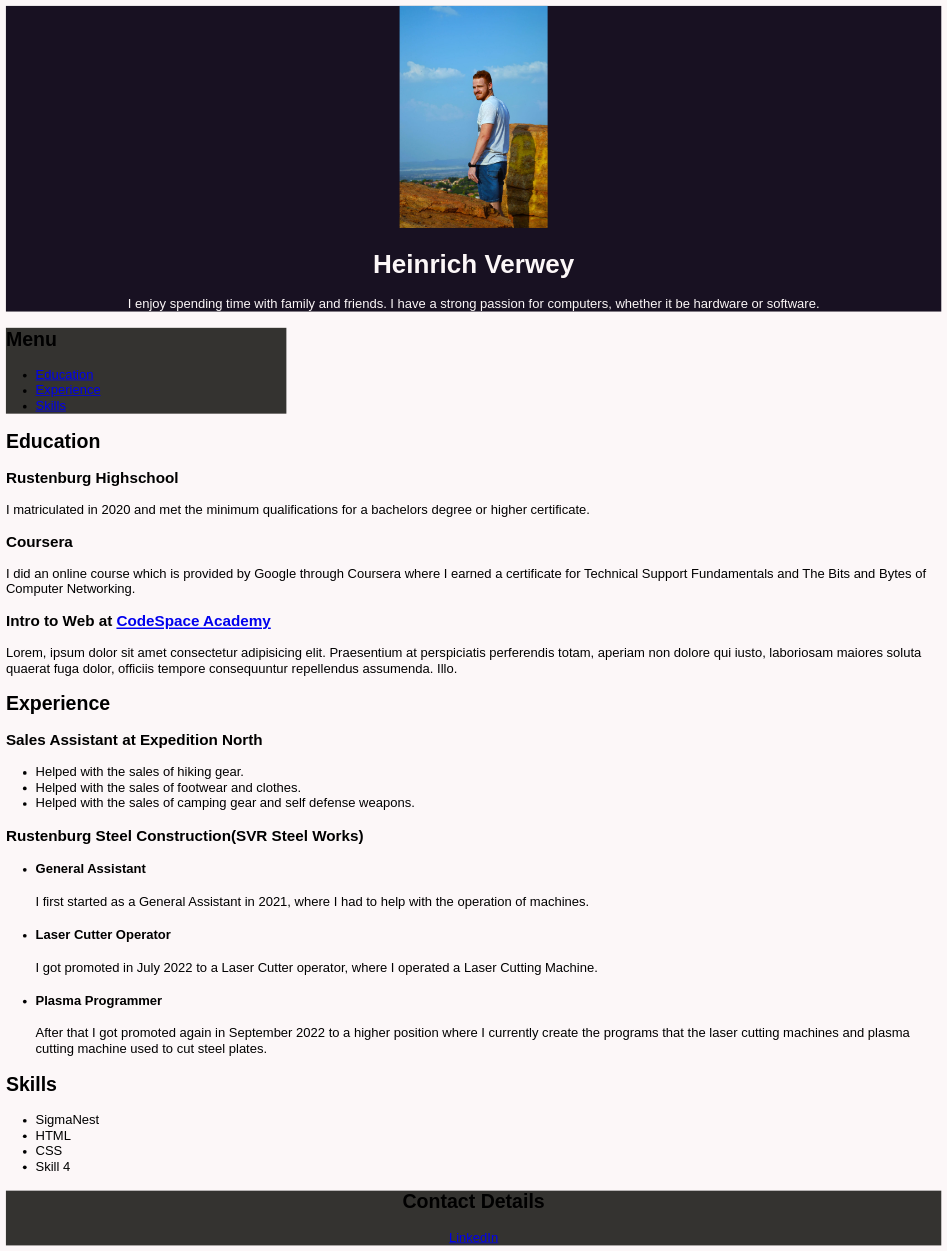
Repository: W3asl3y/IntroToWebDesign
Page: index.html
The author's editor kept a copy of each file at every save. The page is drawn from the files as they stood at one save, then again after the next save.
The browser window is 1280 px wide. The pictures show the whole page, at 74% of full size.

Above is the page before, as saved 2022-10-19 22:53:25.

### index.html
<!DOCTYPE html>
<html lang="en">
    <head>
        <meta charset="UTF-8">
        <meta http-equiv="X-UA-Compatible" content="IE=edge">
        <meta name="viewport" content="width=device-width, initial-scale=1.0">
        <title>
            My Resume
        </title>
        <link rel="stylesheet" type="text/css" href="css/stylesheet.css">
    </head>
    <body>
        <header>
            <img src="images/heinrich.jpg" alt="My profile picture" width="200px" >
            <h1>
                 Heinrich Verwey
            </h1>
            <p>
                I enjoy spending time with family and friends. I have a strong passion for computers, whether it be hardware or software.
            </p>
        </header>
        <main>
            <section>
                <h2>
                    Menu
                </h2>
                <ul>
                    <li>
                        <a href="#Education"> Education </a>
                    </li>
                    <li>
                        <a href="#Experience"> Experience </a>
                    </li>
                    <li>
                        <a href="#Skills"> Skills </a>
                    </li>
                </ul>
            </section>
            <h2 id=Education>
                Education
            </h2>
            <h3>
                Rustenburg Highschool
            </h3>
            <p>
                I matriculated in 2020 and met the minimum qualifications for a bachelors degree or higher certificate.
            </p>
            <h3>
                Coursera
            </h3>
            <p>
                I did an online course which is provided by Google through Coursera where I earned a certificate for Technical Support Fundamentals and The Bits and Bytes of Computer Networking.
            </p>
            <h3>
                Intro to Web at <a href="https://www.codespace.co.za/courses/frontend-web-development/">CodeSpace Academy</a>
            </h3>
            <p>
                Lorem, ipsum dolor sit amet consectetur adipisicing elit. Praesentium at perspiciatis perferendis totam, aperiam non dolore qui iusto, laboriosam maiores soluta quaerat fuga dolor, officiis tempore consequuntur repellendus assumenda. Illo.
            </p>
            </h3>
            <h2 id="Experience">
                Experience
            </h2>
            <h3>
                Sales Assistant at Expedition North
            </h3>
            <ul>
                <li>
                    Helped with the sales of hiking gear.
                </li>
                <li>
                    Helped with the sales of footwear and clothes.
                </li>
                <li>
                    Helped with the sales of camping gear and self defense weapons.
                </li>
            </ul>
            <h3>
                Rustenburg Steel Construction(SVR Steel Works)
            </h3>
            <ul>
                <li>
                    <h4>
                        General Assistant
                    </h4>
                        <p>
                            I first started as a General Assistant in 2021, where I had to help with the operation of machines.
                        </p>
                </li>
                <li>
                    <h4>
                        Laser Cutter Operator
                    </h4>
                        <p>
                            I got promoted in July 2022 to a Laser Cutter operator, where I operated a Laser Cutting Machine.
                        </p>
                </li>
                <li>
                    <h4>
                        Plasma Programmer
                    </h4>
                        <p>
                            After that I got promoted again in September 2022 to a higher position where I currently create the programs that the laser cutting machines and plasma cutting machine used to cut steel plates.
                        </p>
                </li>
            </ul>
            <h2 id="Skills">
                Skills
            </h2>
            <ul>
                <li>
                    SigmaNest
                </li>
                <li>
                    HTML
                </li>
                <li>
                    CSS
                </li>
                <li>
                    Skill 4
                </li>
            </ul>
        </main>
        <footer>
            <h2>
                Contact Details
            </h2>
            <a href="https://www.linkedin.com/in/heinrich-verwey-1627a7205/">LinkedIn</a>
        </footer>
    </body>
</html

### CSS/stylesheet.css
body{
     font-family: sans-serif;
     font-size:110%;
     background-color: #FCF7F8;
}

header {
     text-align: center;
    -webkit-text-fill-color: #FCF7F8;
     background-color: #181122;
}
section {
    background-color: #343330;
    width: 30%  ;
    ;
}
footer {
     background-color: #343330;
     text-align: center;
}

After the next save:
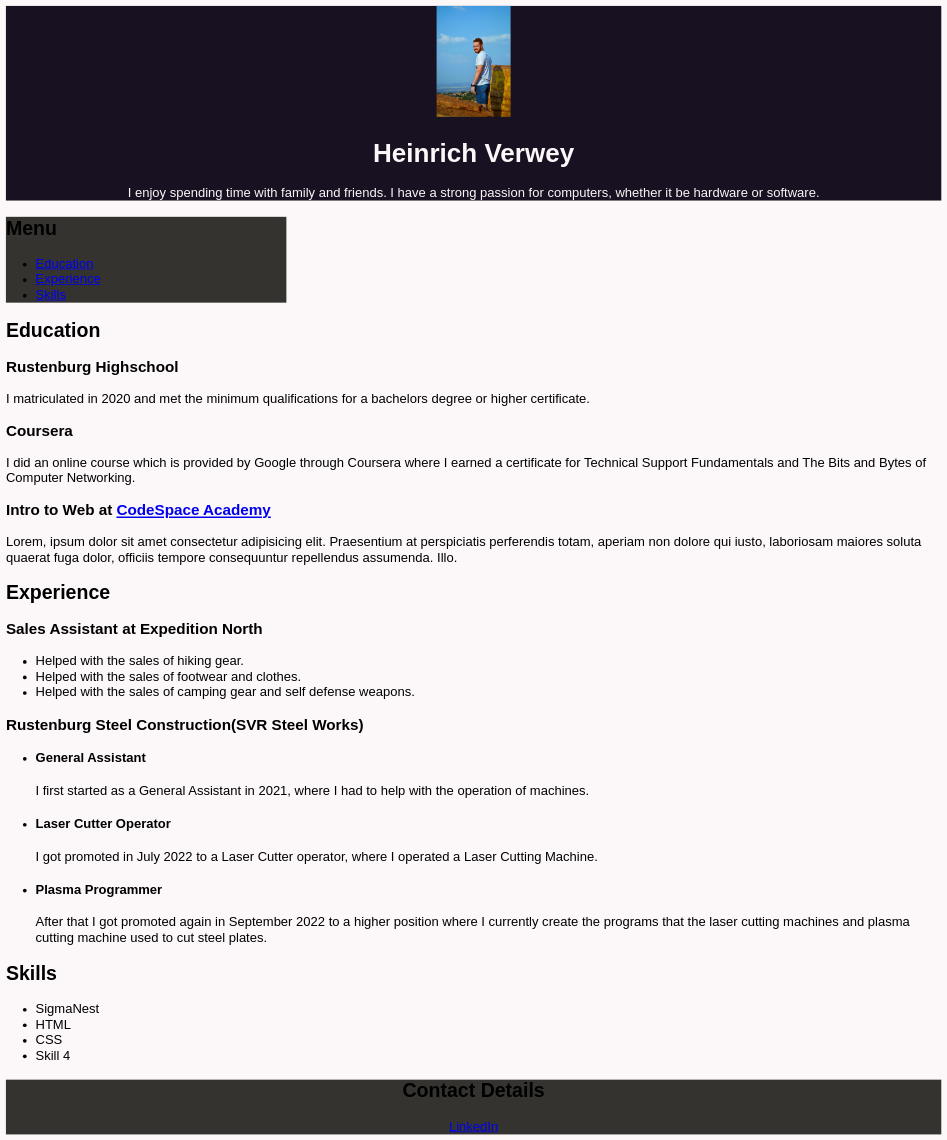
Saved 12 s later.
--- a/index.html
+++ b/index.html
@@ -11,7 +11,7 @@
     </head>
     <body>
         <header>
-            <img src="images/heinrich.jpg" alt="My profile picture" width="200px" >
+            <img src="images/heinrich.jpg" alt="My profile picture" width="100px" >
             <h1>
                  Heinrich Verwey
             </h1>
